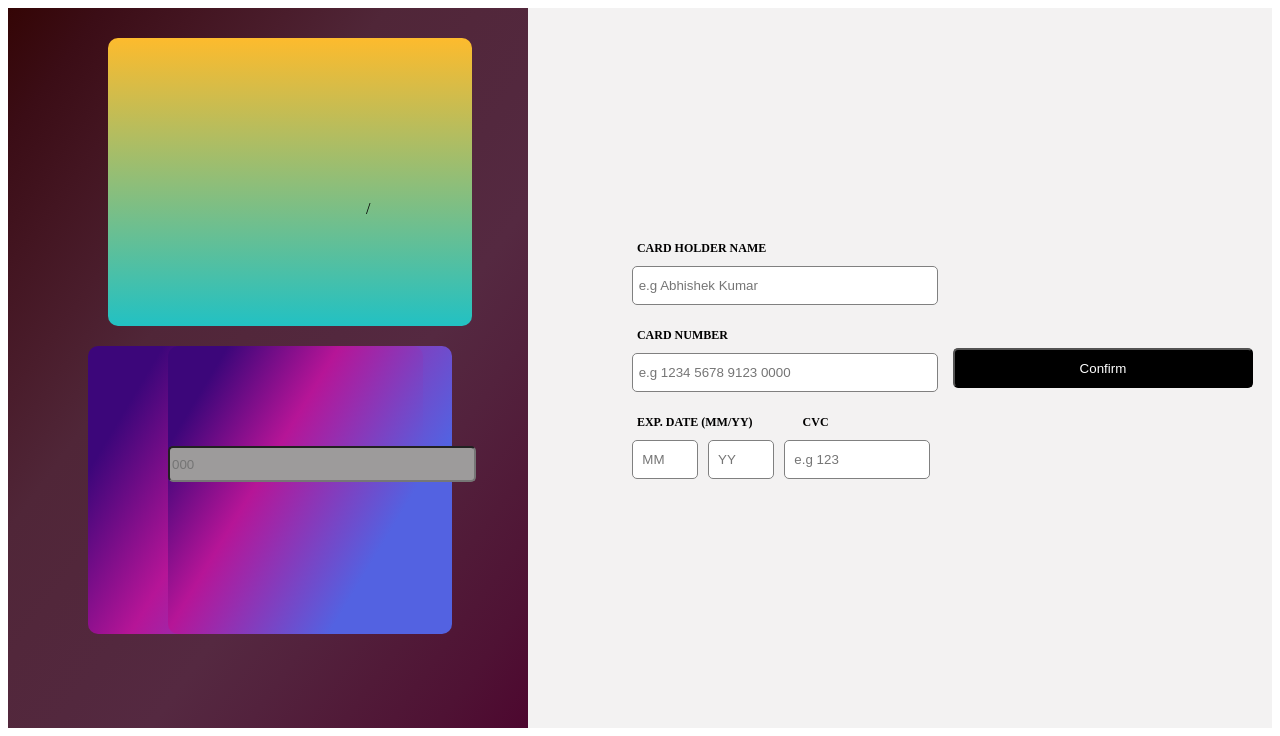
Repository: Abhi2359/frontendchallenge-1
Page: /
These files come from the project's save history. The page is drawn as it stood at one moment and after a run of saves; the edit follows.
The browser window is 1280 px wide. The pictures show the whole page.
The project was rebuilt for these pictures with package versions that can differ from the ones it lists, and the page was loaded fresh each time. Also part of the build but not shown: src/components/Add/Compelete.css, src/components/Add/Compelete.js.

Above is the page before, as saved 2023-02-15 17:53:09.

### src/App.js

import Compelete from "./components/Add/Compelete";
import Layout from "./components/Layout/Layout";


function App() {
  return (
    <div className="App">


      <Layout/>
    {/*
      <Added/>

    <Card1/>
    */}

    </div>
  );
}

export default App;

### src/components/Layout/Layout.js
import React, { useState } from "react";
import Compelete from "../Add/Compelete";
import Card1 from "../Cards/Card1";
import Card2 from "../Cards/Card2";
import style from "./layout.css";

function Layout() {
  const [cardHolderName, setCardHolderName] = useState("");
  const [cardNumber, setCardNumber] = useState("");
  const [expMonth, setExpMonth] = useState("");
  const [expYear, setExpYear] = useState("");
  const [cvc, setCvc] = useState("");
  const[isClicked,setIsClicked] =useState(<Layout/>)

  const handleConfirm =()=>{
    setIsClicked(<Compelete/>)
  }
  const handleInputChange = (e) => {
    setCardNumber(e.target.value);
  };
  const handleCardHolderName = (e) => {
    setCardHolderName(e.target.value);
  };
  const handleExpMonth = (e) => {
    setExpMonth(e.target.value);
  };
  const handleExpYear = (e) => {
    setExpYear(e.target.value);
  };
  const handleCvc = (e) => {
    setCvc(e.target.value);
  };
  return (
    <>
      <div class="layout">
        <div class="partitions">
          <div class="partition1">
            <div class="card1">
              <Card1
                cardNumber={cardNumber}
                cardHolderName={cardHolderName}
                expMonth={expMonth}
                expYear={expYear}
              />
            </div>
            <div class="card2">
              <Card2 cvc={cvc} />
            </div>
          </div>

          <div class="partition2">
            {isClicked &&
            <form action="" className="Form">
              <label for="Username">CARD HOLDER NAME</label> <br />
              <input
                value={cardHolderName}
                onChange={handleCardHolderName}
                className="card_holder"
                type="text"
                id="username"
                name="username"
                placeholder=" e.g Abhishek Kumar"
                required
              />
              <br />
              <label for="number">CARD NUMBER</label> <br />
              <input
                value={cardNumber}
                onChange={handleInputChange}
                className="card_number"
                pattern="[0-9]{4}-[0-9]{4}-[0-9]{4}"
                type="text"
                id="number"
                name="number"
                placeholder=" e.g 1234 5678 9123 0000"
                required
              />{" "}
              <br />
              <div className="exp_date">
                <label for="number">EXP. DATE (MM/YY)</label>
                <label for="number" className="cvc">
                  CVC
                </label>
                <div className="exp_date_input">
                  <input
                    value={expMonth}
                    onChange={handleExpMonth}
                    type="text"
                    id="number"
                    name="number"
                    placeholder="  MM"
                    required
                    className="number"
                  />
                  <input
                    value={expYear}
                    onChange={handleExpYear}
                    type="text"
                    id="number"
                    name="number"
                    placeholder="  YY"
                    required
                    className="number"
                  />
                  <input
                    value={cvc}
                    onChange={handleCvc}
                    type="text"
                    id="cvc"
                    name="number"
                    placeholder="  e.g 123"
                    required
                    className="number"
                  />
                </div>
              </div>
            </form>
            }
            <button className="button" onClick={handleConfirm}>Confirm</button>
          </div>
        </div>
      </div>
    </>
  );
}

export default Layout;

### src/components/Cards/Card1.js
import React from "react";
import style from "./Card1.css";

function Card1({ cardNumber, cardHolderName, expMonth, expYear }) {
  return (
    <>
      <div className="card1">
        <div class="cardinput">
          <div class="_card__number">
            <input type="text" value={cardNumber} readOnly id="input" />
          </div>
          <div class="_card__details">
            <input type="text" value={cardHolderName} readOnly id="input" />
            <div class="expiry">
              <input type="text" value={expMonth} readOnly id="input" />
              <div class="slash">/</div>
              <input type="text" value={expYear} readOnly id="input"/>
            </div>
          </div>
        </div>
      </div>
    </>
  );
}

export default Card1;

### src/components/Cards/Card2.js
import React from "react";
import style from "./Card2.css";

function Card2({cvc}) {
  return (
    <>
      <div className="card2">
        <div class="_card__number2">

          <input type="text" value={cvc} readOnly className="card2_input" placeholder="000" />
        </div>
      </div>
    </>
  );
}

export default Card2;

### src/components/Layout/layout.css
.layout{

    margin: 0;
    padding: 0;
    height: 100vh;
}
.partitions
{
    height: 100%;
display: flex;
flex-wrap: wrap;
flex-direction: row;
justify-content: space-between;
}

.partition1{
    background-image: linear-gradient(to right bottom, #340505, #3b0d16, #431521, #4a1d2c, #502638, #52273b, #53283e, #552941, #53223d, #511a38, #4f1234, #4d072f);

height: 100vh;
flex-grow: 3;
color: white;
width: 40%;

}

.partition2{
background-color: rgb(243, 242, 242);
 height: 100vh;
flex-grow: 8;
display: flex;
align-items: center;
justify-content: center;
}

.Form{
    margin-left: 80px;

}

.Form input{
    margin: 5px;
    height: 35px;
    margin-top: 10px;
    margin-bottom: 20px;

}

.card_holder{
    width: 300px;
    border: 1px solid gray;
    border-radius: 5px;
}
.card_number{
    width: 300px;
    border: 1px solid gray;
    border-radius: 5px;
}
label{
    font-size: 12px;
    font-weight: bold;
    padding-left: 10px;
}



.cvc{
    margin-left: 40px;
}

.number{
    width: 60px;
    border: 1px solid gray;
    border-radius: 5px;
}
#cvc{
    width: 140px;
    border: 1px solid gray;
    border-radius: 5px;
}
 .button{
    width: 300px;
    margin-left: 10px;
    background-color: black;
    color: white;
    height: 40px;
    border-radius: 5px;
 }

.partitiion1 ,h1{
margin-left: 100px;
}

.card1{
    margin-top: 20px;
    margin-left: 100px;
}

.card2{
    margin-top: 20px;
    margin-left: 80px;
}

### src/components/Cards/Card1.css
.card1 {
  background: rgb(34, 193, 195);
  background: linear-gradient(
    0deg,
    rgba(34, 193, 195, 1) 0%,
    rgba(253, 187, 45, 1) 100%
  );
  height: 40vh;
  width: 70%;
  border-radius: 10px;
  margin-left: 10px;

  margin-top: 20px;
}

.card1 input {
  margin: 10px;
}

._card__details {
  display: flex;
  border: none;
  background-color: transparent;
  color: transparent;
  text-shadow: 0 0 0 #000;
}

._card__details input {
  width: 80px;
}

.cardinput {
  margin-top: 30px;
}

.expiry {
  display: flex;
  justify-content: space-between;
}
.expiry input {
  width: 30px;
}

#input {
  border: none;
  background-color: transparent;
  color: transparent;
  text-shadow: 0 0 0 #000;
  border-radius: 5px;
  height: 30px;
}

.slash {
  display: inline-block;
  padding-top: 20px;
}
._card__number input {
  margin-top: 100px;
  font-size: larger;
  max-width: 300px;
}

### src/components/Cards/Card2.css
.card2{
    background: rgb(60,6,122);
    background: linear-gradient(121deg, rgba(60,6,122,1) 14%, rgba(182,21,151,1) 40%, rgba(83,98,225,1) 78%);
    height: 40vh;
    width: 70%;
    border-radius: 10px;


    margin-top: 20px;


}


._card__number2 input{
    margin-top: 100px;
    height: 30px;
width: 300px;
}

 .card2_input{
    height: 30px;
    width: 100px;
    border-radius: 5px;
    background-color: rgb(157, 155, 155);
    color: white;
}

.bg_black{
    background-color: black;
    color: black;
    height: 30px;
    margin-top: 30px;

}

### src/components/Button/Button.js
import React from 'react'

function Button() {
  return (
  <div class="button">
    <button>Confirm</button>
  </div>
  )
}

export default Button

Loaded but not shown: public/index.html (common file); src/index.js (common file)

After the next 5 saves:
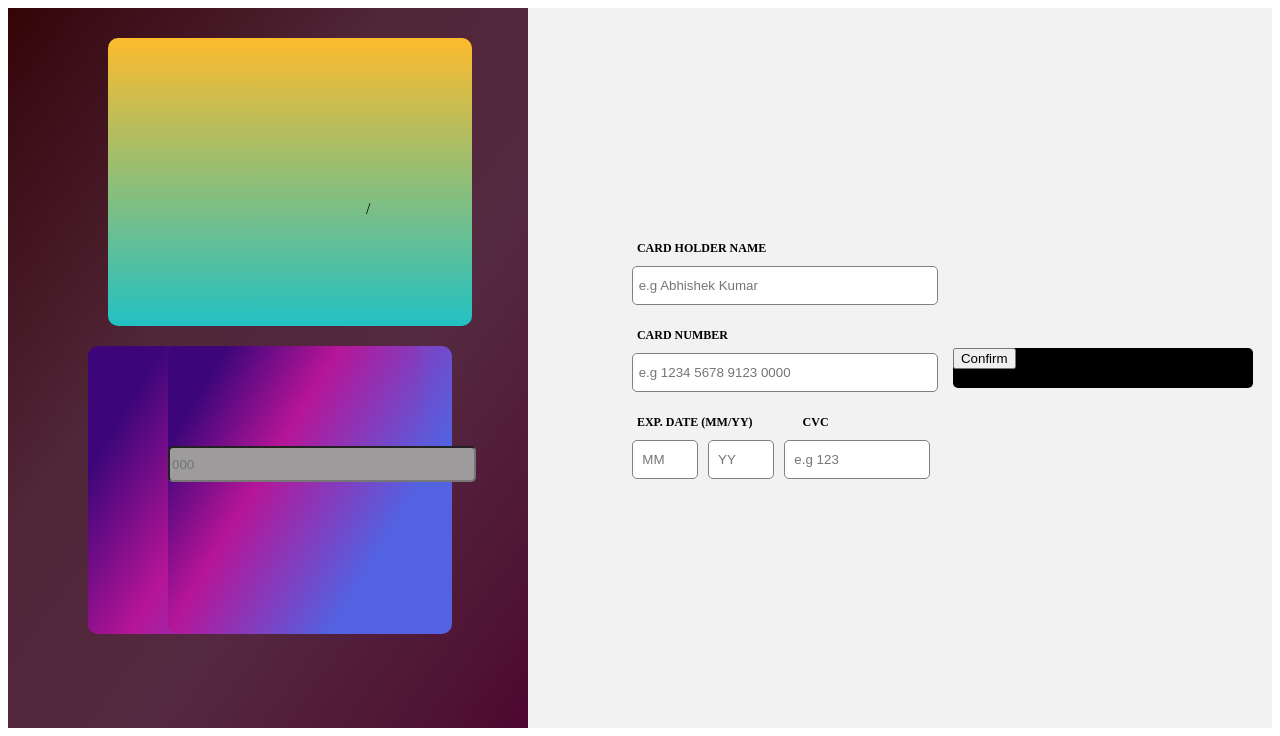
The 5 saves are shown as one change because they came seconds apart.
The last was saved 3 min 53 s later.
--- a/src/components/Layout/Layout.js
+++ b/src/components/Layout/Layout.js
@@ -1,5 +1,6 @@
 import React, { useState } from "react";
 import Compelete from "../Add/Compelete";
+import Button from "../Button/Button";
 import Card1 from "../Cards/Card1";
 import Card2 from "../Cards/Card2";
 import style from "./layout.css";
@@ -116,7 +117,7 @@ function Layout() {
               </div>
             </form>
             }
-            <button className="button" onClick={handleConfirm}>Confirm</button>
+           <Button/>
           </div>
         </div>
       </div>
